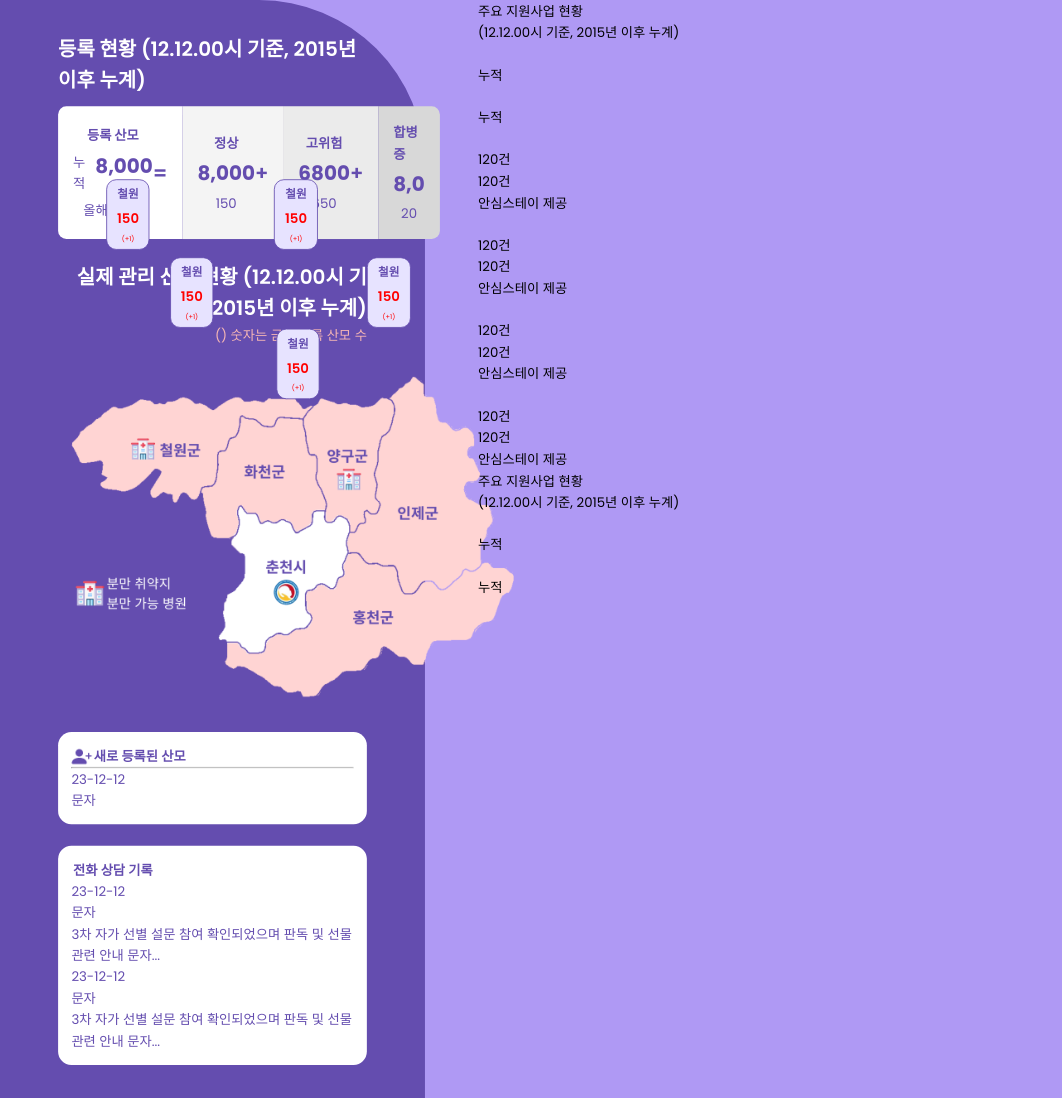
Repository: giapchicuong/Perganancy_Web
Page: index.html
An editor plug-in stored every save of this project. The page is shown before and after the next save, followed by the edit.
The browser window is 1280 px wide. The pictures show the whole page, at 83% of full size.

Above is the page before, as saved 2024-03-06 18:34:51.

### index.html
<!DOCTYPE html>
<html lang="en">

<head>
    <meta charset="UTF-8">
    <meta name="viewport" content="width=device-width, initial-scale=1.0">
    <title>Perganancy Web</title>
    <link rel="stylesheet" href="./assets/base.css">
    <link rel="stylesheet" href="./assets/style.css">
</head>

<body>
    <!-- .block -->
    <!-- .block__element -->
    <!-- .block__element--modifier -->
    <!-- card
    card__image
    card__description
    card__button--submit
    card__button--cancel -->
    <div class="app">
        <div class="main">
            <section class="advertising">
                <!-- ------------------------------------------------ -->
                <div class="advertising-left">
                    <!-- top -->
                    <div class="advertising-left--top">
                        <div class="advertising-left__title">등록 현황 (12.12.00시 기준, 2015년 이후 누계)</div>
                        <div class="advertising-left__item-list">
                            <div class="advertising-left__item advertising-left__item1">
                                <div class="advertising-left__item--signal">
                                    <div class="advertising-left__item--white">
                                        <div class="advertising-left__item-title">등록 산모</div>
                                        <div class="advertising-left__item-desc">
                                            <div class="advertising-left__item-desc-text">누적</div>
                                            <div class="advertising-left__item-desc-number">8,000</div>
                                        </div>
                                    </div>
                                    <div class="advertising-left__item-bottom">
                                        <div class="advertising-left__item-bottom-text">올해</div>
                                        <div class="advertising-left__item-bottom-number">850</div>
                                    </div>
                                </div>
                                <div class="calculation">=</div>
                            </div>
                            <div class="advertising-left__item advertising-left__item2">
                                <div class="advertising-left__item--signal">
                                    <div class="advertising-left__item--white">
                                        <div class="advertising-left__item-title">정상</div>
                                        <div class="advertising-left__item-desc">
                                            <div class="advertising-left__item-desc-number">8,000</div>
                                        </div>
                                    </div>
                                    <div class="advertising-left__item-bottom">
                                        <div class="advertising-left__item-bottom-number">150</div>
                                    </div>
                                </div>
                                <div class="calculation">+</div>
                            </div>
                            <div class="advertising-left__item advertising-left__item3">
                                <div class="advertising-left__item--signal">
                                    <div class="advertising-left__item--white">
                                        <div class="advertising-left__item-title">고위험</div>
                                        <div class="advertising-left__item-desc">
                                            <div class="advertising-left__item-desc-number">6800</div>
                                        </div>
                                    </div>
                                    <div class="advertising-left__item-bottom">
                                        <div class="advertising-left__item-bottom-number">650</div>
                                    </div>
                                </div>
                                <div class="calculation">+</div>
                            </div>
                            <div class="advertising-left__item advertising-left__item4">
                                <div class="advertising-left__item--signal">
                                    <div class="advertising-left__item--white">
                                        <div class="advertising-left__item-title">합병증</div>
                                        <div class="advertising-left__item-desc">
                                            <div class="advertising-left__item-desc-number">8,0</div>
                                        </div>
                                    </div>
                                    <div class="advertising-left__item-bottom">
                                        <div class="advertising-left__item-bottom-number">20</div>
                                    </div>
                                </div>
                            </div>
                        </div>
                    </div>
                    <!-- text -->
                    <div class="advertising-left__title--text">
                        <div class="advertising-left__title">실제 관리 산모 현황 (12.12.00시 기준, 2015년 이후 누계)</div>
                        <div class="advertising-left__desc">() 숫자는 금일 등록 산모 수</div>
                    </div>
                    <!-- center image -->
                    <div class="advertising-left__map">
                        <img src="./assets/image/left/Gangwon-do Map 1.png" alt="Map"
                            class="advertising-left__map-image">
                        <div class="advertising-left__map-image--card">
                            <div class="advertising-left__map-item-list-top">
                                <div class="advertising-left__map-item">
                                    <div class="advertising-left__map-item-title">철원</div>
                                    <div class="advertising-left__map-item-number">150</div>
                                    <div class="advertising-left__map-item-desc">(+1)</div>
                                </div>
                                <div class="advertising-left__map-item">
                                    <div class="advertising-left__map-item-title">철원</div>
                                    <div class="advertising-left__map-item-number">150</div>
                                    <div class="advertising-left__map-item-desc">(+1)</div>
                                </div>
                            </div>
                            <div class="advertising-left__map-item-list-center">
                                <div class="advertising-left__map-item">
                                    <div class="advertising-left__map-item-title">철원</div>
                                    <div class="advertising-left__map-item-number">150</div>
                                    <div class="advertising-left__map-item-desc">(+1)</div>
                                </div>
                                <div class="advertising-left__map-item">
                                    <div class="advertising-left__map-item-title">철원</div>
                                    <div class="advertising-left__map-item-number">150</div>
                                    <div class="advertising-left__map-item-desc">(+1)</div>
                                </div>
                            </div>
                            <div class="advertising-left__map-item-list-bottom">
                                <div class="advertising-left__map-item">
                                    <div class="advertising-left__map-item-title">철원</div>
                                    <div class="advertising-left__map-item-number">150</div>
                                    <div class="advertising-left__map-item-desc">(+1)</div>
                                </div>
                            </div>
                        </div>
                    </div>
                    <!--새로 등록된 산모  -->
                    <div class="advertising-left__box">
                        <div class="advertising-left__box-title">
                            <img src="./assets//image/left/icons/BsPersonPlusFill.png" alt=""
                                class="advertising-left__box-title-icon">
                            <div class="advertising-left__box-title-text">새로 등록된 산모</div>
                        </div>
                        <hr class="advertising-left__box--hr" />
                        <div class="advertising-left__box-message-list">
                            <div class="advertising-left__box-message-item">
                                <div class="advertising-left__box-message-item-date">23-12-12</div>
                                <div class="advertising-left__box-message-item-text">문자</div>
                            </div>
                        </div>
                    </div>
                    <!-- 전화 상담 기록 -->
                    <div class="advertising-left__box">
                        <div class="advertising-left__box-title">
                            <img src="" alt="" class="advertising-left__box-title-icon">
                            <div class="advertising-left__box-title-text">전화 상담 기록</div>
                        </div>
                        <div class="advertising-left__box-message-list">
                            <div class="advertising-left__box-message-item">
                                <div class="advertising-left__box-message-item-date">23-12-12</div>
                                <div class="advertising-left__box-message-item-name">문자</div>
                                <div class="advertising-left__box-message-item-text">3차 자가 선별 설문 참여 확인되었으며 판독 및 선물 관련 안내
                                    문자...</div>
                            </div>
                            <div class="advertising-left__box-message-item">
                                <div class="advertising-left__box-message-item-date">23-12-12</div>
                                <div class="advertising-left__box-message-item-name">문자</div>
                                <div class="advertising-left__box-message-item-text">3차 자가 선별 설문 참여 확인되었으며 판독 및 선물 관련 안내
                                    문자...</div>
                            </div>
                        </div>
                    </div>
                </div>
                <!-- ------------------------------------------------ -->
                <div class="advertising-right">
                    <div class="advertising-right-item">
                        <div class="advertising-right-item-top">
                            <div class="advertising-right-item-top-left">
                                <div class="advertising-right-item-top__title">주요 지원사업 현황</div>
                                <div class="advertising-right-item-top__desc">(12.12.00시 기준, 2015년 이후 누계)</div>
                            </div>
                            <div class="advertising-right-item-top-right">
                                <div class="advertising-right-item-top-item">
                                    <img src="" alt="" class="advertising-right-item-top-item__icon">
                                    <div class="advertising-right-item-top-item__text">누적</div>
                                </div>
                                <div class="advertising-right-item-top-item">
                                    <img src="" alt="" class="advertising-right-item-top-item__icon">
                                    <div class="advertising-right-item-top-item__text">누적</div>
                                </div>
                            </div>
                        </div>
                        <div class="advertising-right-item-card-list">
                            <div class="advertising-right-item-card">
                                <div class="advertising-right-item-card-provide">
                                    <img src="" alt="" class="advertising-right-item-card__image">
                                    <div class="advertising-right-item-card__image-number">
                                        <div class="advertising-right-item-card__image-number-large">120건</div>
                                        <div class="advertising-right-item-card__image-number-small">120건</div>
                                    </div>
                                </div>
                                <div class="advertising-right-item-card-content">안심스테이 제공</div>
                            </div>
                            <div class="advertising-right-item-card">
                                <div class="advertising-right-item-card-provide">
                                    <img src="" alt="" class="advertising-right-item-card__image">
                                    <div class="advertising-right-item-card__image-number">
                                        <div class="advertising-right-item-card__image-number-large">120건</div>
                                        <div class="advertising-right-item-card__image-number-small">120건</div>
                                    </div>
                                </div>
                                <div class="advertising-right-item-card-content">안심스테이 제공</div>
                            </div>
                            <div class="advertising-right-item-card">
                                <div class="advertising-right-item-card-provide">
                                    <img src="" alt="" class="advertising-right-item-card__image">
                                    <div class="advertising-right-item-card__image-number">
                                        <div class="advertising-right-item-card__image-number-large">120건</div>
                                        <div class="advertising-right-item-card__image-number-small">120건</div>
                                    </div>
                                </div>
                                <div class="advertising-right-item-card-content">안심스테이 제공</div>
                            </div>
                            <div class="advertising-right-item-card">
                                <div class="advertising-right-item-card-provide">
                                    <img src="" alt="" class="advertising-right-item-card__image">
                                    <div class="advertising-right-item-card__image-number">
                                        <div class="advertising-right-item-card__image-number-large">120건</div>
                                        <div class="advertising-right-item-card__image-number-small">120건</div>
                                    </div>
                                </div>
                                <div class="advertising-right-item-card-content">안심스테이 제공</div>
                            </div>
                        </div>
                    </div>
                    <div class="advertising-right-item">
                        <div class="advertising-right-item-top">
                            <div class="advertising-right-item-top-left">
                                <div class="advertising-right-item-top__title">주요 지원사업 현황</div>
                                <div class="advertising-right-item-top__desc">(12.12.00시 기준, 2015년 이후 누계)</div>
                            </div>
                            <div class="advertising-right-item-top-right">
                                <div class="advertising-right-item-top-item">
                                    <img src="" alt="" class="advertising-right-item-top-item__icon">
                                    <div class="advertising-right-item-top-item__text">누적</div>
                                </div>
                                <div class="advertising-right-item-top-item">
                                    <img src="" alt="" class="advertising-right-item-top-item__icon">
                                    <div class="advertising-right-item-top-item__text">누적</div>
                                </div>
                            </div>
                        </div>
                        <div class="advertising-right-item__btn-list">
                            <div class="advertising-right-item__btn-item">
                                <div class="advertising-right-item__btn">
                                    <img src="" alt="" class="advertising-right-item__btn-icon" />
                                    <div class="advertising-right-item__btn-text"></div>
                                    <div class="advertising-right-item__btn-notification"></div>
                                </div>
                                <div class="advertising-right-item__btn-content"></div>
                            </div>
                            <div class="advertising-right-item__btn-item">
                                <div class="advertising-right-item__btn">
                                    <img src="" alt="" class="advertising-right-item__btn-icon" />
                                    <div class="advertising-right-item__btn-text"></div>
                                    <div class="advertising-right-item__btn-notification"></div>
                                </div>
                                <div class="advertising-right-item__btn-content"></div>
                            </div>
                            <div class="advertising-right-item__btn-item">
                                <div class="advertising-right-item__btn">
                                    <img src="" alt="" class="advertising-right-item__btn-icon" />
                                    <div class="advertising-right-item__btn-text"></div>
                                    <div class="advertising-right-item__btn-notification"></div>
                                </div>
                                <div class="advertising-right-item__btn-content"></div>
                            </div>
                            <div class="advertising-right-item__btn-item">
                                <div class="advertising-right-item__btn">
                                    <img src="" alt="" class="advertising-right-item__btn-icon" />
                                    <div class="advertising-right-item__btn-text"></div>
                                    <div class="advertising-right-item__btn-notification"></div>
                                </div>
                                <div class="advertising-right-item__btn-content"></div>
                            </div>
                        </div>
                    </div>
                    <div class="advertising-right-item">
                        <div class="advertising-right-item-left">
                            <div class="advertising-right-item-left-text">
                                <div class="advertising-right-item-left__title"></div>
                                <div class="advertising-right-item-desc"></div>
                            </div>
                            <div class="advertising-right-item-number"></div>
                        </div>
                        <div class="advertising-right-item-right">

                        </div>
                    </div>
                    <div class="advertising-right-item">
                        <div class="advertising-right-item-message-list">
                            <div class="advertising-right-item-message-item">
                                <div class="advertising-right-item-message-text">
                                    <div class="advertising-right-item-message__title"></div>
                                    <div class="advertising-right-item-message__desc"></div>
                                </div>
                                <div class="advertising-right-item-message-number">
                                    <div class="advertising-right-item-message-number-icon"></div>
                                    <div class="advertising-right-item-message-number-text"></div>
                                    <div class="advertising-right-item-message-number-case"></div>
                                </div>
                            </div>
                            <div class="advertising-right-item-message-item">
                                <div class="advertising-right-item-message-text">
                                    <div class="advertising-right-item-message__title"></div>
                                    <div class="advertising-right-item-message__desc"></div>
                                </div>
                                <div class="advertising-right-item-message-number">
                                    <div class="advertising-right-item-message-number-icon"></div>
                                    <div class="advertising-right-item-message-number-text"></div>
                                    <div class="advertising-right-item-message-number-case"></div>
                                </div>
                            </div>
                        </div>
                    </div>
                </div>
            </section>
        </div>
    </div>
</body>

</html>

### assets/base.css
@import url('https://fonts.googleapis.com/css2?family=Poppins:ital,wght@0,100;0,200;0,300;0,400;0,500;0,600;0,700;0,800;0,900;1,100;1,200; 1.300;1.400;1.500;1.600;1.700;1.800;1.900&display=swap');

* {
    margin: 0;
    padding: 0;
    box-sizing: border-box;
    font-family: 'Poppins' , sans-serif;
    background-repeat: no-repeat;
    background-position: 40% ;
}
html, body {
    width: 100%;
    height: 100%;
    background-attachment: fixed;
    /* background-size: cover; */
}
:root {
    --primary: #644DAF;
    --secondary: #AF99F4;
    --purple: #E7E3FF;
    --lightPurple: #E6E6FA;
    --pink: #EF9C98;
    --textPink: #F5B6B4;
    --white: #FFFFFF;
    --gray: #D8D8D8;
    --gray2: #EBEBEB;
    --gray3: #F4F4F4;
}

Loaded but not shown: assets/style.css (182 lines, source omitted)

After the next save:
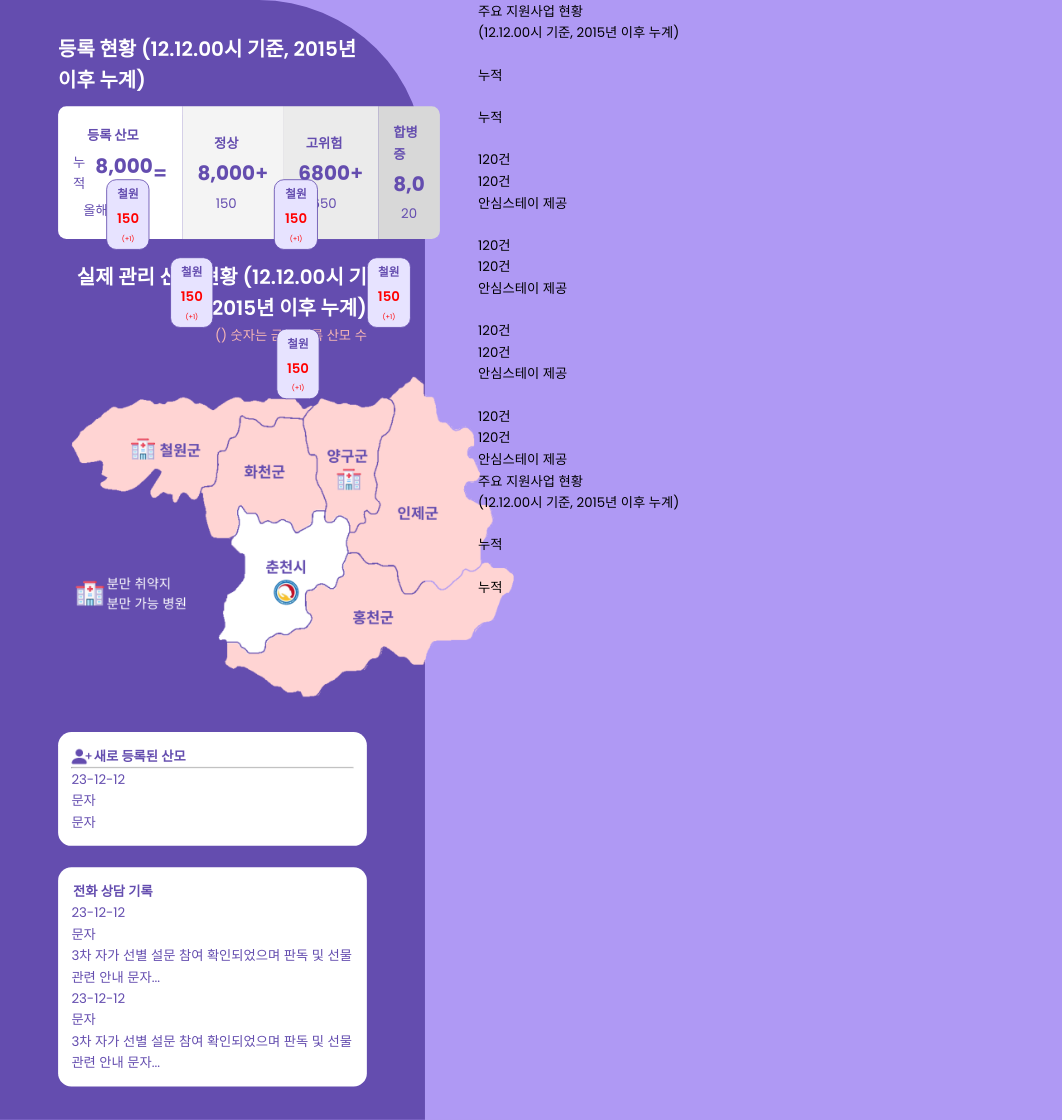
Saved 40 s later.
--- a/index.html
+++ b/index.html
@@ -140,6 +140,7 @@
                         <div class="advertising-left__box-message-list">
                             <div class="advertising-left__box-message-item">
                                 <div class="advertising-left__box-message-item-date">23-12-12</div>
+                                <div class="advertising-left__box-message-item-local">문자</div>
                                 <div class="advertising-left__box-message-item-text">문자</div>
                             </div>
                         </div>
